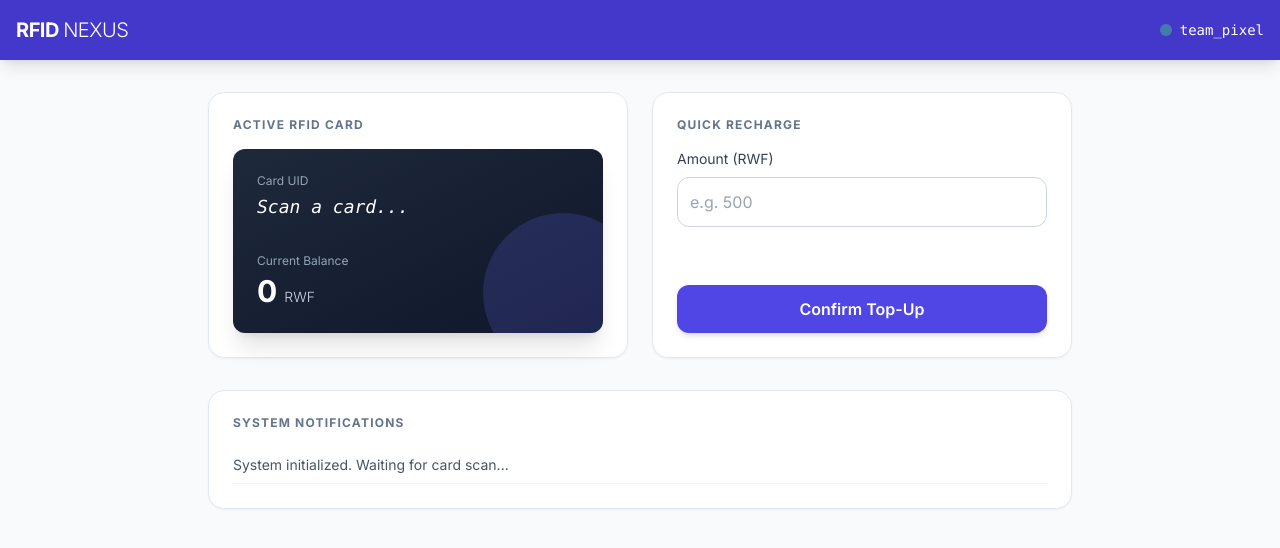
Repository: Ange884/RFID-SetUp
Page: frontend/dashboard.html
The author's editor kept a copy of each file at every save. The page is drawn from the files as they stood at one save, then again after the next save.
The browser window is 1280 px wide. The pictures show the whole page.
The page's requests for data from a server got no answer. Some web libraries are served in a nearby version.

Above is the page before, as saved 2026-02-12 10:14:15.

### frontend/dashboard.html
<!DOCTYPE html>
<html lang="en">
<head>
    <meta charset="UTF-8">
    <meta name="viewport" content="width=device-width, initial-scale=1.0">
    <title>RFID Nexus | Dashboard</title>
    <script src="https://cdn.tailwindcss.com"></script>
    <script src="https://cdn.socket.io/4.0.0/socket.io.min.js"></script>
    <link href="https://fonts.googleapis.com/css2?family=Inter:wght@300;400;600;700&display=swap" rel="stylesheet">
    <style>
        body { font-family: 'Inter', sans-serif; }
        .glass { background: rgba(255, 255, 255, 0.95); backdrop-filter: blur(10px); }
        .status-pulse { animation: pulse 2s infinite; }
        @keyframes pulse { 0% { opacity: 1; } 50% { opacity: 0.4; } 100% { opacity: 1; } }
    </style>
</head>
<body class="bg-slate-50 min-h-screen">

    <nav class="bg-indigo-700 text-white p-4 shadow-lg">
        <div class="container mx-auto flex justify-between items-center">
            <h1 class="text-xl font-bold tracking-tight">RFID <span class="font-light">NEXUS</span></h1>
            <div class="flex items-center gap-2 text-sm">
                <span id="conn-status" class="w-3 h-3 bg-green-400 rounded-full status-pulse"></span>
                <span id="team-display" class="font-mono">team_pixel</span>
            </div>
        </div>
    </nav>

    <main class="container mx-auto px-4 py-8 max-w-4xl">
        <div class="grid grid-cols-1 md:grid-cols-2 gap-6">

            <div class="glass p-6 rounded-2xl shadow-sm border border-slate-200">
                <h2 class="text-slate-500 text-xs font-bold uppercase tracking-widest mb-4">Active RFID Card</h2>
                <div class="bg-gradient-to-br from-slate-800 to-slate-900 rounded-xl p-6 text-white shadow-xl relative overflow-hidden">
                    <div class="relative z-10">
                        <p class="text-slate-400 text-xs mb-1">Card UID</p>
                        <p id="card-uid" class="font-mono text-lg mb-8 italic">Scan a card...</p>

                        <p class="text-slate-400 text-xs mb-1">Current Balance</p>
                        <p class="text-3xl font-bold"><span id="card-balance">0</span> <span class="text-sm font-light text-slate-300">RWF</span></p>
                    </div>
                    <div class="absolute -right-10 -bottom-10 w-40 h-40 bg-indigo-500 opacity-20 rounded-full"></div>
                </div>
            </div>

            <div class="glass p-6 rounded-2xl shadow-sm border border-slate-200 flex flex-col justify-between">
                <div>
                    <h2 class="text-slate-500 text-xs font-bold uppercase tracking-widest mb-4">Quick Recharge</h2>
                    <label class="block text-sm font-medium text-slate-700 mb-2">Amount (RWF)</label>
                    <input type="number" id="amount" placeholder="e.g. 500"
                        class="w-full p-3 rounded-xl border border-slate-300 focus:ring-2 focus:ring-indigo-500 focus:outline-none transition-all">
                </div>

                <button onclick="sendTopUp()"
                    class="mt-6 w-full bg-indigo-600 hover:bg-indigo-700 text-white font-semibold py-3 rounded-xl transition-all shadow-md active:scale-95">
                    Confirm Top-Up
                </button>
            </div>

        </div>

        <div class="mt-8 glass p-6 rounded-2xl shadow-sm border border-slate-200">
            <h2 class="text-slate-500 text-xs font-bold uppercase tracking-widest mb-4">System Notifications</h2>
            <div id="logs" class="space-y-2 text-sm text-slate-600">
                <p class="py-2 border-b border-slate-100">System initialized. Waiting for card scan...</p>
            </div>
        </div>
    </main>

    <script>
        const socket = io("http://YOUR_VPS_IP:5000");
        const logContainer = document.getElementById('logs');

        function addLog(msg) {
            const time = new Date().toLocaleTimeString();
            const div = document.createElement('p');
            div.className = "py-2 border-b border-slate-100";
            div.innerHTML = `<span class="text-slate-400 font-mono text-xs">${time}</span> - ${msg}`;
            logContainer.prepend(div);
        }

        socket.on('connect', () => {
            document.getElementById('conn-status').classList.replace('bg-red-400', 'bg-green-400');
            addLog("Connected to Backend Server");
        });

        socket.on('disconnect', () => {
            document.getElementById('conn-status').classList.replace('bg-green-400', 'bg-red-400');
            addLog("Disconnected from Backend");
        });

        socket.on('update_ui', (data) => {
            console.log("Update:", data);
            if(data.uid) {
                document.getElementById('card-uid').innerText = data.uid;
                addLog(`Card Detected: ${data.uid}`);
            }
            if(data.balance !== undefined) document.getElementById('card-balance').innerText = data.balance;
            if(data.new_balance !== undefined) {
                document.getElementById('card-balance').innerText = data.new_balance;
                addLog(`Success! New Balance: ${data.new_balance} RWF`);
            }
        });

        async function sendTopUp() {
            const uid = document.getElementById('card-uid').innerText;
            const amount = document.getElementById('amount').value;

            if(uid === "Scan a card..." || !amount) {
                alert("Please scan a card and enter an amount first!");
                return;
            }

            addLog(`Sending top-up request for ${amount} RWF...`);

            try {
                const response = await fetch("http://YOUR_VPS_IP:5000/topup", {
                    method: "POST",
                    headers: {"Content-Type": "application/json"},
                    body: JSON.stringify({ uid: uid, amount: parseInt(amount) })
                });
                const result = await response.json();
                console.log(result.status);
            } catch (err) {
                addLog("Error: Could not reach backend.");
            }
        }
    </script>
</body>
</html>

After the next save:
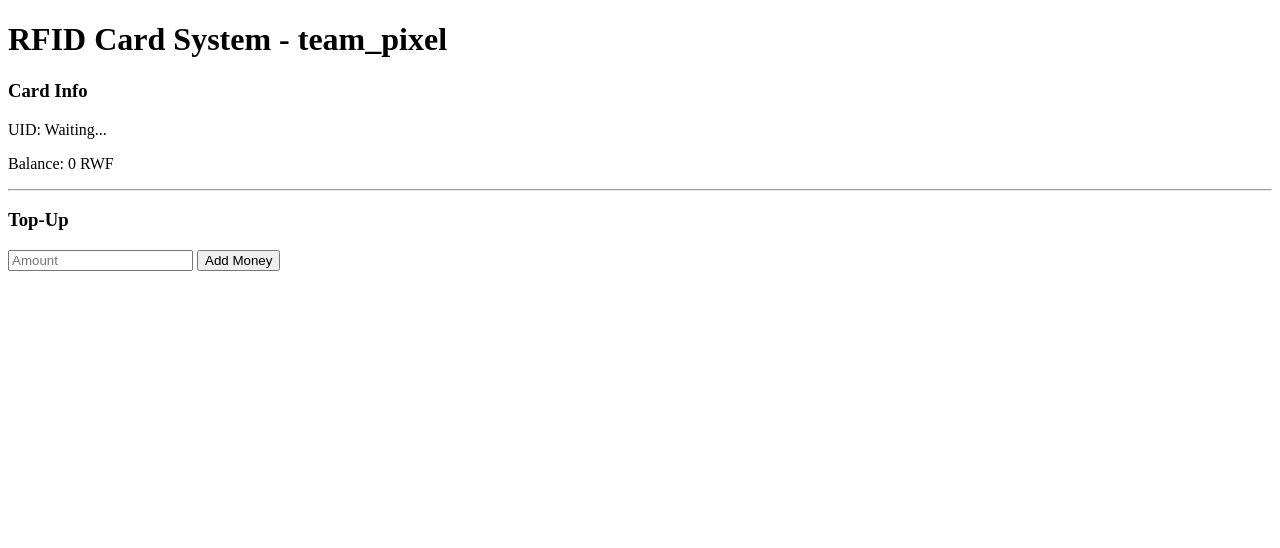
Saved 51 s later.
--- a/frontend/dashboard.html
+++ b/frontend/dashboard.html
@@ -1,129 +1,48 @@
 <!DOCTYPE html>
-<html lang="en">
+<html>
 <head>
-    <meta charset="UTF-8">
-    <meta name="viewport" content="width=device-width, initial-scale=1.0">
-    <title>RFID Nexus | Dashboard</title>
-    <script src="https://cdn.tailwindcss.com"></script>
+    <title>RFID Top-Up Dashboard</title>
     <script src="https://cdn.socket.io/4.0.0/socket.io.min.js"></script>
-    <link href="https://fonts.googleapis.com/css2?family=Inter:wght@300;400;600;700&display=swap" rel="stylesheet">
-    <style>
-        body { font-family: 'Inter', sans-serif; }
-        .glass { background: rgba(255, 255, 255, 0.95); backdrop-filter: blur(10px); }
-        .status-pulse { animation: pulse 2s infinite; }
-        @keyframes pulse { 0% { opacity: 1; } 50% { opacity: 0.4; } 100% { opacity: 1; } }
-    </style>
 </head>
-<body class="bg-slate-50 min-h-screen">
+<body>
+    <h1>RFID Card System - <span id="team-id">team_pixel</span></h1>
 
-    <nav class="bg-indigo-700 text-white p-4 shadow-lg">
-        <div class="container mx-auto flex justify-between items-center">
-            <h1 class="text-xl font-bold tracking-tight">RFID <span class="font-light">NEXUS</span></h1>
-            <div class="flex items-center gap-2 text-sm">
-                <span id="conn-status" class="w-3 h-3 bg-green-400 rounded-full status-pulse"></span>
-                <span id="team-display" class="font-mono">team_pixel</span>
-            </div>
-        </div>
-    </nav>
+    <div>
+        <h3>Card Info</h3>
+        <p>UID: <span id="card-uid">Waiting...</span></p>
+        <p>Balance: <span id="card-balance">0</span> RWF</p>
+    </div>
 
-    <main class="container mx-auto px-4 py-8 max-w-4xl">
-        <div class="grid grid-cols-1 md:grid-cols-2 gap-6">
+    <hr>
 
-            <div class="glass p-6 rounded-2xl shadow-sm border border-slate-200">
-                <h2 class="text-slate-500 text-xs font-bold uppercase tracking-widest mb-4">Active RFID Card</h2>
-                <div class="bg-gradient-to-br from-slate-800 to-slate-900 rounded-xl p-6 text-white shadow-xl relative overflow-hidden">
-                    <div class="relative z-10">
-                        <p class="text-slate-400 text-xs mb-1">Card UID</p>
-                        <p id="card-uid" class="font-mono text-lg mb-8 italic">Scan a card...</p>
-
-                        <p class="text-slate-400 text-xs mb-1">Current Balance</p>
-                        <p class="text-3xl font-bold"><span id="card-balance">0</span> <span class="text-sm font-light text-slate-300">RWF</span></p>
-                    </div>
-                    <div class="absolute -right-10 -bottom-10 w-40 h-40 bg-indigo-500 opacity-20 rounded-full"></div>
-                </div>
-            </div>
-
-            <div class="glass p-6 rounded-2xl shadow-sm border border-slate-200 flex flex-col justify-between">
-                <div>
-                    <h2 class="text-slate-500 text-xs font-bold uppercase tracking-widest mb-4">Quick Recharge</h2>
-                    <label class="block text-sm font-medium text-slate-700 mb-2">Amount (RWF)</label>
-                    <input type="number" id="amount" placeholder="e.g. 500"
-                        class="w-full p-3 rounded-xl border border-slate-300 focus:ring-2 focus:ring-indigo-500 focus:outline-none transition-all">
-                </div>
-
-                <button onclick="sendTopUp()"
-                    class="mt-6 w-full bg-indigo-600 hover:bg-indigo-700 text-white font-semibold py-3 rounded-xl transition-all shadow-md active:scale-95">
-                    Confirm Top-Up
-                </button>
-            </div>
-
-        </div>
-
-        <div class="mt-8 glass p-6 rounded-2xl shadow-sm border border-slate-200">
-            <h2 class="text-slate-500 text-xs font-bold uppercase tracking-widest mb-4">System Notifications</h2>
-            <div id="logs" class="space-y-2 text-sm text-slate-600">
-                <p class="py-2 border-b border-slate-100">System initialized. Waiting for card scan...</p>
-            </div>
-        </div>
-    </main>
+    <h3>Top-Up</h3>
+    <input type="number" id="amount" placeholder="Amount">
+    <button onclick="sendTopUp()">Add Money</button>
 
     <script>
+        // Connect to your Backend VPS
         const socket = io("http://YOUR_VPS_IP:5000");
-        const logContainer = document.getElementById('logs');
 
-        function addLog(msg) {
-            const time = new Date().toLocaleTimeString();
-            const div = document.createElement('p');
-            div.className = "py-2 border-b border-slate-100";
-            div.innerHTML = `<span class="text-slate-400 font-mono text-xs">${time}</span> - ${msg}`;
-            logContainer.prepend(div);
-        }
-
-        socket.on('connect', () => {
-            document.getElementById('conn-status').classList.replace('bg-red-400', 'bg-green-400');
-            addLog("Connected to Backend Server");
+        // Listen for real-time updates from Backend
+        socket.on('update_ui', (data) => {
+            console.log("Update received:", data);
+            if(data.uid) document.getElementById('card-uid').innerText = data.uid;
+            if(data.balance) document.getElementById('card-balance').innerText = data.balance;
+            if(data.new_balance) document.getElementById('card-balance').innerText = data.new_balance;
         });
 
-        socket.on('disconnect', () => {
-            document.getElementById('conn-status').classList.replace('bg-green-400', 'bg-red-400');
-            addLog("Disconnected from Backend");
-        });
-
-        socket.on('update_ui', (data) => {
-            console.log("Update:", data);
-            if(data.uid) {
-                document.getElementById('card-uid').innerText = data.uid;
-                addLog(`Card Detected: ${data.uid}`);
-            }
-            if(data.balance !== undefined) document.getElementById('card-balance').innerText = data.balance;
-            if(data.new_balance !== undefined) {
-                document.getElementById('card-balance').innerText = data.new_balance;
-                addLog(`Success! New Balance: ${data.new_balance} RWF`);
-            }
-        });
-
+        // Function to send HTTP POST to Backend
         async function sendTopUp() {
             const uid = document.getElementById('card-uid').innerText;
             const amount = document.getElementById('amount').value;
 
-            if(uid === "Scan a card..." || !amount) {
-                alert("Please scan a card and enter an amount first!");
-                return;
-            }
-
-            addLog(`Sending top-up request for ${amount} RWF...`);
-
-            try {
-                const response = await fetch("http://YOUR_VPS_IP:5000/topup", {
-                    method: "POST",
-                    headers: {"Content-Type": "application/json"},
-                    body: JSON.stringify({ uid: uid, amount: parseInt(amount) })
-                });
-                const result = await response.json();
-                console.log(result.status);
-            } catch (err) {
-                addLog("Error: Could not reach backend.");
-            }
+            const response = await fetch("http://YOUR_VPS_IP:5000/topup", {
+                method: "POST",
+                headers: {"Content-Type": "application/json"},
+                body: JSON.stringify({ uid: uid, amount: parseInt(amount) })
+            });
+            const result = await response.json();
+            alert(result.status);
         }
     </script>
 </body>

After the save that followed:
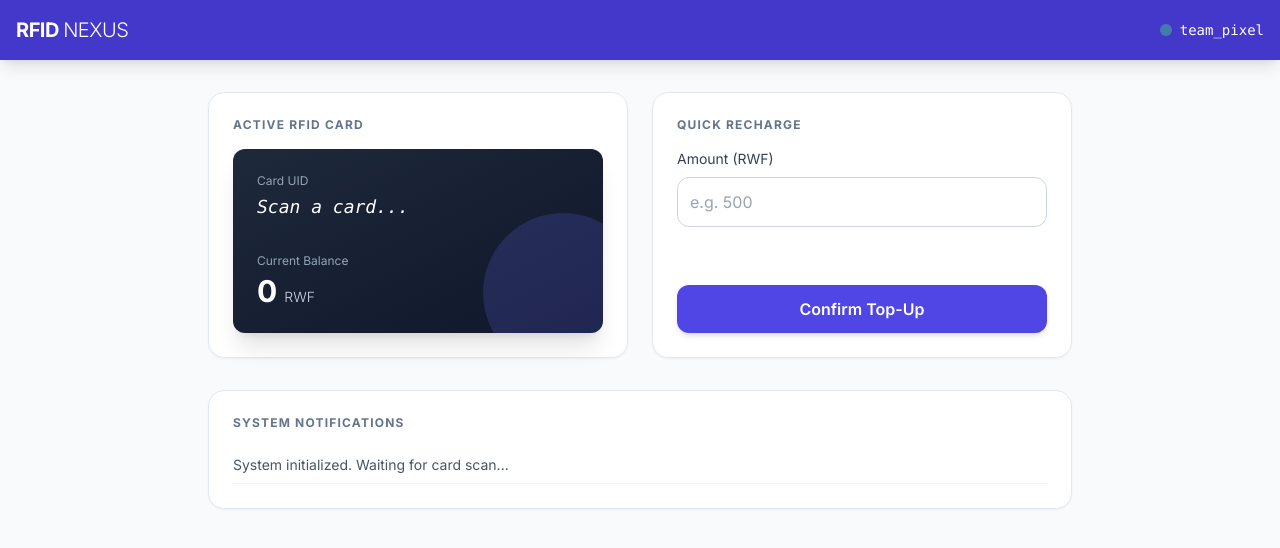
Saved 12 s later.
--- a/frontend/dashboard.html
+++ b/frontend/dashboard.html
@@ -1,48 +1,129 @@
 <!DOCTYPE html>
-<html>
+<html lang="en">
 <head>
-    <title>RFID Top-Up Dashboard</title>
+    <meta charset="UTF-8">
+    <meta name="viewport" content="width=device-width, initial-scale=1.0">
+    <title>RFID Nexus | Dashboard</title>
+    <script src="https://cdn.tailwindcss.com"></script>
     <script src="https://cdn.socket.io/4.0.0/socket.io.min.js"></script>
+    <link href="https://fonts.googleapis.com/css2?family=Inter:wght@300;400;600;700&display=swap" rel="stylesheet">
+    <style>
+        body { font-family: 'Inter', sans-serif; }
+        .glass { background: rgba(255, 255, 255, 0.95); backdrop-filter: blur(10px); }
+        .status-pulse { animation: pulse 2s infinite; }
+        @keyframes pulse { 0% { opacity: 1; } 50% { opacity: 0.4; } 100% { opacity: 1; } }
+    </style>
 </head>
-<body>
-    <h1>RFID Card System - <span id="team-id">team_pixel</span></h1>
+<body class="bg-slate-50 min-h-screen">
 
-    <div>
-        <h3>Card Info</h3>
-        <p>UID: <span id="card-uid">Waiting...</span></p>
-        <p>Balance: <span id="card-balance">0</span> RWF</p>
-    </div>
+    <nav class="bg-indigo-700 text-white p-4 shadow-lg">
+        <div class="container mx-auto flex justify-between items-center">
+            <h1 class="text-xl font-bold tracking-tight">RFID <span class="font-light">NEXUS</span></h1>
+            <div class="flex items-center gap-2 text-sm">
+                <span id="conn-status" class="w-3 h-3 bg-green-400 rounded-full status-pulse"></span>
+                <span id="team-display" class="font-mono">team_pixel</span>
+            </div>
+        </div>
+    </nav>
 
-    <hr>
+    <main class="container mx-auto px-4 py-8 max-w-4xl">
+        <div class="grid grid-cols-1 md:grid-cols-2 gap-6">
 
-    <h3>Top-Up</h3>
-    <input type="number" id="amount" placeholder="Amount">
-    <button onclick="sendTopUp()">Add Money</button>
+            <div class="glass p-6 rounded-2xl shadow-sm border border-slate-200">
+                <h2 class="text-slate-500 text-xs font-bold uppercase tracking-widest mb-4">Active RFID Card</h2>
+                <div class="bg-gradient-to-br from-slate-800 to-slate-900 rounded-xl p-6 text-white shadow-xl relative overflow-hidden">
+                    <div class="relative z-10">
+                        <p class="text-slate-400 text-xs mb-1">Card UID</p>
+                        <p id="card-uid" class="font-mono text-lg mb-8 italic">Scan a card...</p>
+
+                        <p class="text-slate-400 text-xs mb-1">Current Balance</p>
+                        <p class="text-3xl font-bold"><span id="card-balance">0</span> <span class="text-sm font-light text-slate-300">RWF</span></p>
+                    </div>
+                    <div class="absolute -right-10 -bottom-10 w-40 h-40 bg-indigo-500 opacity-20 rounded-full"></div>
+                </div>
+            </div>
+
+            <div class="glass p-6 rounded-2xl shadow-sm border border-slate-200 flex flex-col justify-between">
+                <div>
+                    <h2 class="text-slate-500 text-xs font-bold uppercase tracking-widest mb-4">Quick Recharge</h2>
+                    <label class="block text-sm font-medium text-slate-700 mb-2">Amount (RWF)</label>
+                    <input type="number" id="amount" placeholder="e.g. 500"
+                        class="w-full p-3 rounded-xl border border-slate-300 focus:ring-2 focus:ring-indigo-500 focus:outline-none transition-all">
+                </div>
+
+                <button onclick="sendTopUp()"
+                    class="mt-6 w-full bg-indigo-600 hover:bg-indigo-700 text-white font-semibold py-3 rounded-xl transition-all shadow-md active:scale-95">
+                    Confirm Top-Up
+                </button>
+            </div>
+
+        </div>
+
+        <div class="mt-8 glass p-6 rounded-2xl shadow-sm border border-slate-200">
+            <h2 class="text-slate-500 text-xs font-bold uppercase tracking-widest mb-4">System Notifications</h2>
+            <div id="logs" class="space-y-2 text-sm text-slate-600">
+                <p class="py-2 border-b border-slate-100">System initialized. Waiting for card scan...</p>
+            </div>
+        </div>
+    </main>
 
     <script>
-        // Connect to your Backend VPS
         const socket = io("http://YOUR_VPS_IP:5000");
+        const logContainer = document.getElementById('logs');
 
-        // Listen for real-time updates from Backend
-        socket.on('update_ui', (data) => {
-            console.log("Update received:", data);
-            if(data.uid) document.getElementById('card-uid').innerText = data.uid;
-            if(data.balance) document.getElementById('card-balance').innerText = data.balance;
-            if(data.new_balance) document.getElementById('card-balance').innerText = data.new_balance;
+        function addLog(msg) {
+            const time = new Date().toLocaleTimeString();
+            const div = document.createElement('p');
+            div.className = "py-2 border-b border-slate-100";
+            div.innerHTML = `<span class="text-slate-400 font-mono text-xs">${time}</span> - ${msg}`;
+            logContainer.prepend(div);
+        }
+
+        socket.on('connect', () => {
+            document.getElementById('conn-status').classList.replace('bg-red-400', 'bg-green-400');
+            addLog("Connected to Backend Server");
         });
 
-        // Function to send HTTP POST to Backend
+        socket.on('disconnect', () => {
+            document.getElementById('conn-status').classList.replace('bg-green-400', 'bg-red-400');
+            addLog("Disconnected from Backend");
+        });
+
+        socket.on('update_ui', (data) => {
+            console.log("Update:", data);
+            if(data.uid) {
+                document.getElementById('card-uid').innerText = data.uid;
+                addLog(`Card Detected: ${data.uid}`);
+            }
+            if(data.balance !== undefined) document.getElementById('card-balance').innerText = data.balance;
+            if(data.new_balance !== undefined) {
+                document.getElementById('card-balance').innerText = data.new_balance;
+                addLog(`Success! New Balance: ${data.new_balance} RWF`);
+            }
+        });
+
         async function sendTopUp() {
             const uid = document.getElementById('card-uid').innerText;
             const amount = document.getElementById('amount').value;
 
-            const response = await fetch("http://YOUR_VPS_IP:5000/topup", {
-                method: "POST",
-                headers: {"Content-Type": "application/json"},
-                body: JSON.stringify({ uid: uid, amount: parseInt(amount) })
-            });
-            const result = await response.json();
-            alert(result.status);
+            if(uid === "Scan a card..." || !amount) {
+                alert("Please scan a card and enter an amount first!");
+                return;
+            }
+
+            addLog(`Sending top-up request for ${amount} RWF...`);
+
+            try {
+                const response = await fetch("http://YOUR_VPS_IP:5000/topup", {
+                    method: "POST",
+                    headers: {"Content-Type": "application/json"},
+                    body: JSON.stringify({ uid: uid, amount: parseInt(amount) })
+                });
+                const result = await response.json();
+                console.log(result.status);
+            } catch (err) {
+                addLog("Error: Could not reach backend.");
+            }
         }
     </script>
 </body>
